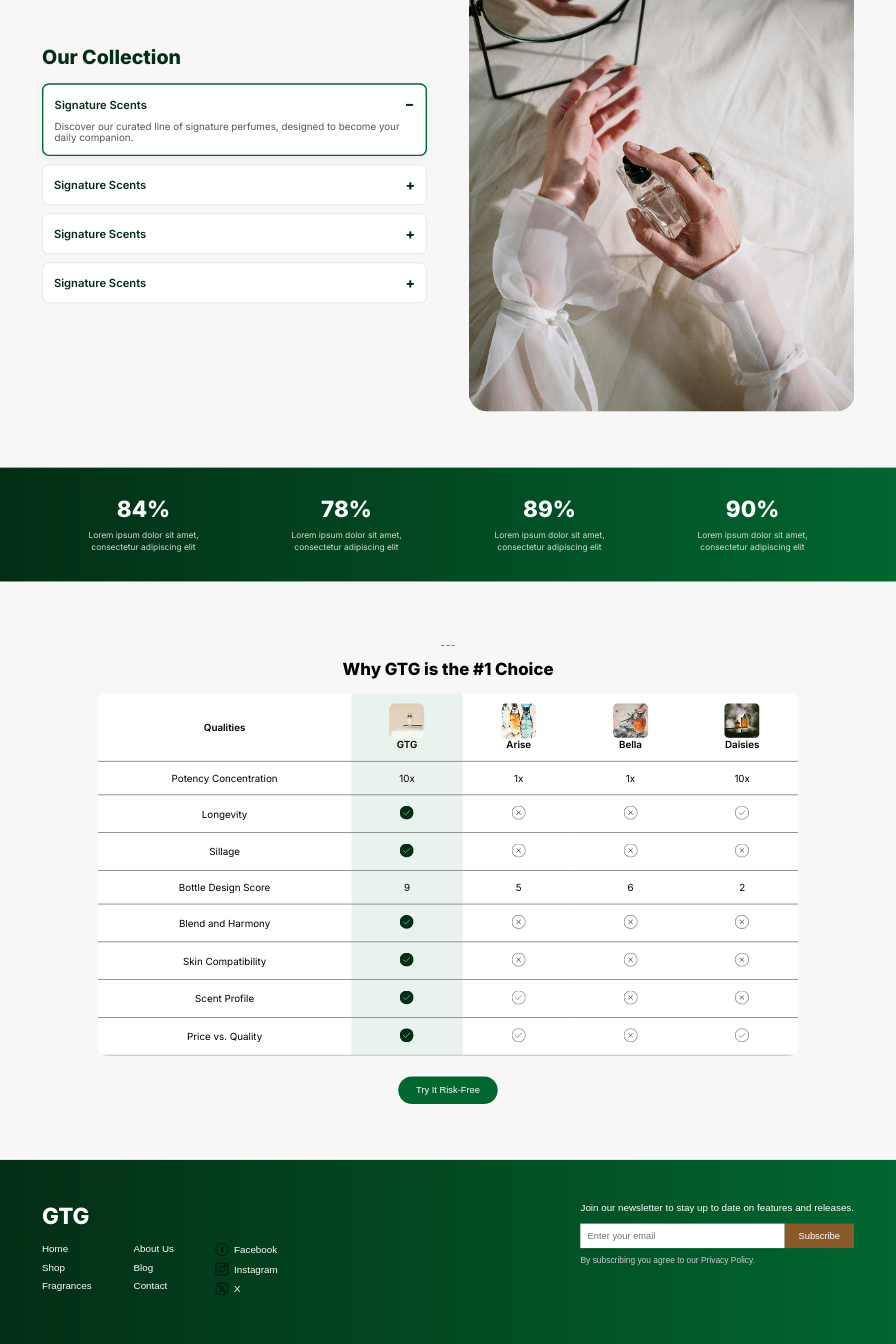
Repository: Prakashadavi/Assignment
Page: index.html
These files come from the project's save history. The page is drawn as it stood at one moment and after a run of saves; the edit follows.
The browser window is 1280 px wide. The pictures show the part of the page from y = 2220 to 4140 px (the page is 4140 px tall), at 70% of full size.
A picture or video elsewhere on the page could not be fetched, so the positions and the page height are approximate. Some web fonts or font styles are not loaded; a fallback is used.

Above is the page before, as saved 2026-03-26 12:30:49.

After the next 3 saves:
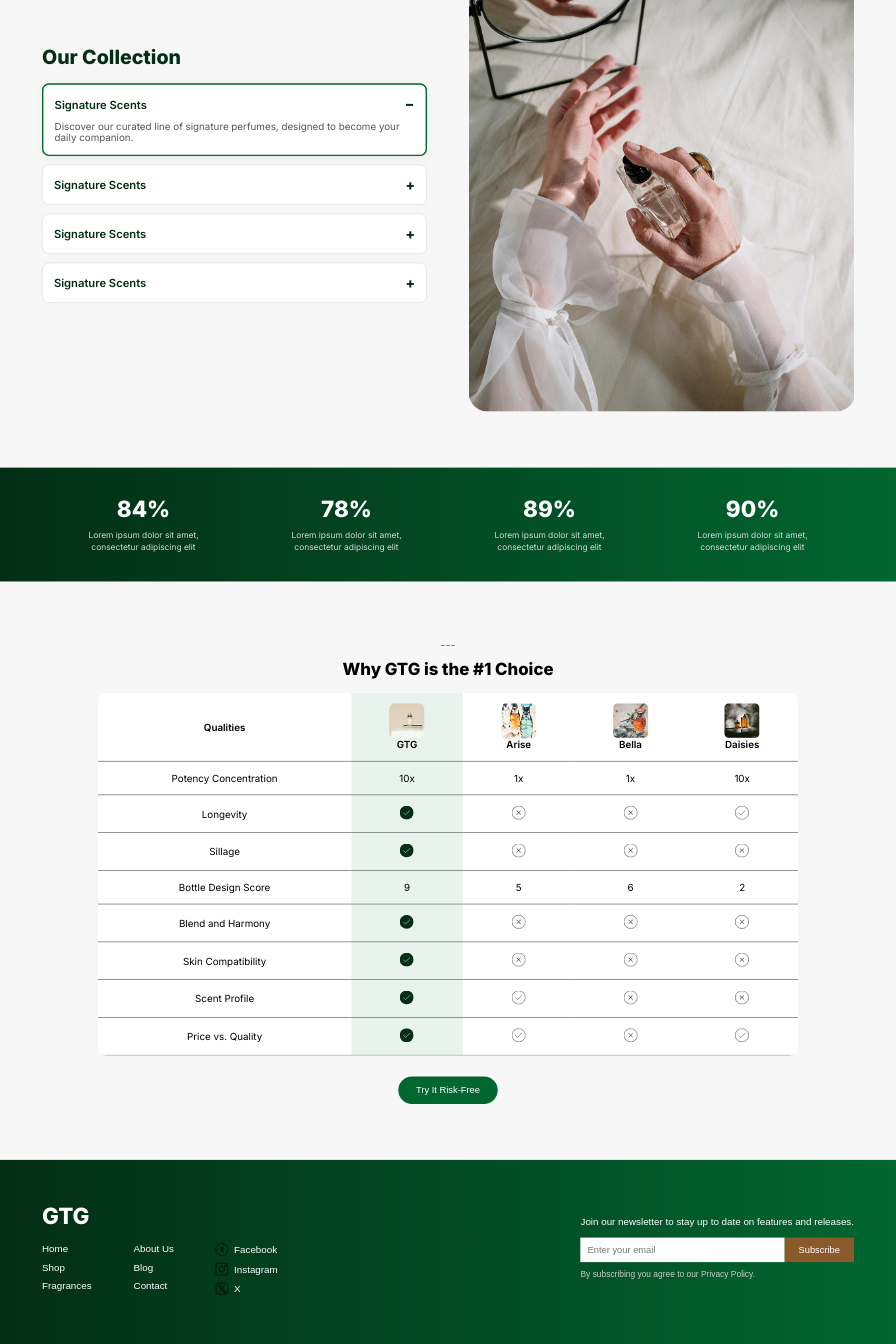
The 3 saves are shown as one change because they came seconds apart.
The last was saved 14 s later.
--- a/style.css
+++ b/style.css
@@ -764,7 +764,7 @@ input[type="radio"]{
 
 .footer-right{
   max-width:400px;
-  m
+  margin-top: 20px;
 }
 
 .newsletter-text{
